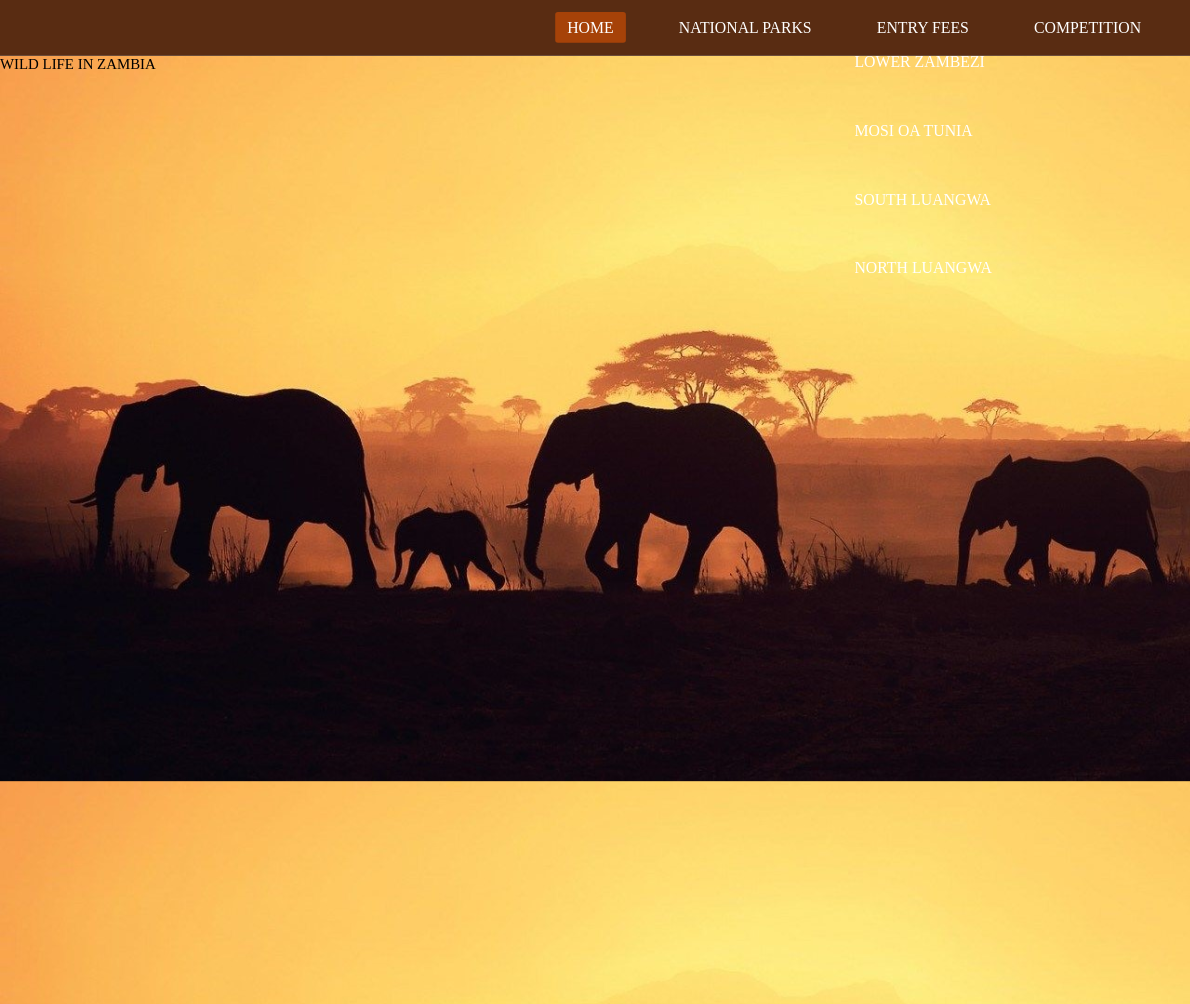
Repository: Lungdjos/web_assignment_3rd_yr
Page: home/index.html
These files come from the project's save history. The page is drawn as it stood at one moment and after a run of saves; the edit follows.
The browser window is 1280 px wide. The pictures show the whole page, at 93% of full size.
Some web libraries are served in a nearby version.

Above is the page before, as saved 2021-06-17 18:01:35.

### home/index.html
<!DOCTYPE html>
<html lang="en">

<head>
    <meta charset="UTF-8">
    <meta http-equiv="X-UA-Compatible" content="IE=edge">
    <meta name="viewport" content="width=device-width, initial-scale=1.0">
    <link rel="stylesheet" href="index.css">


    <title>Home</title>
    <script src="https://kit.fontawesome.com/a076d05399.js"></script>
</head>

<body>
    <nav>
        <input type="checkbox" id="check">
        <label for="check" class="checkbtn">
            <i class="fas fa-bars"></i>
        </label>
        <label class="logo">  </label>

        <ul>
            <li><a class="active" href="#">Home</a></li>
            <li><a href="#">National Parks</a>
                <ul>
                    <li>
                        <a href="/national parks/lower_zambezi/Lower_Zambezi.html">Lower Zambezi</a>
                    </li>
                    <li>
                        <a href="/national parks/mosi-oa-tunia/Mosi-oa-Tunya.html">Mosi oa Tunia</a>
                    </li>
                    <li>
                        <a href="/national parks/south_luangwa/South_Luangwa.html">South Luangwa</a>
                    </li>
                    <li>
                        <a href="/national parks/north_luangwa/North_Luangwa.html">North Luangwa</a>
                    </li>
                </ul>
            </li>
            <li><a href="/entry fee/entry_fee.html">Entry Fees</a></li>
            <li><a href="/competition/competition.html">Competition</a></li>

        </ul>
    </nav>
    <section>
        <p class="welcome">WILD LIFE IN ZAMBIA</p>
    </section>




</body>

</html>

### home/index.css
* {
    padding: 0;
    margin: 0;
    text-decoration: none;
    box-sizing: border-box;
}

body {
    font-family: montserrat;
}

nav {
    background: #592C12;
    height: 60px;
    width: 100%;
}

label.logo {
    color: white;
    font-size: 35;
    line-height: 60px;
    padding: 0 100px;
    font-weight: bold;
}

nav ul {
    float: right;
    margin-right: 20px;
}

nav ul li {
    display: inline-block;
    line-height: 60px;
    margin: 0 20px;
}

nav ul li a {
    color: white;
    font-size: 17px;
    padding: 7px 13px;
    border-radius: 3px;
    text-transform: uppercase;
}

a.active,
a:hover {
    background: #A64208;
    transition: 0.5s;
}

.checkbtn {
    font-size: 30px;
    color: white;
    float: right;
    line-height: 60px;
    margin-right: 40px;
    cursor: pointer;
    display: none;
}

#check {
    display: none;
}

@media (max-width: 1080px) {
    label.logo {
        font-size: 30px;
        padding-left: 50px;
    }
    nav ul li a {
        font-size: 16px;
    }
}

@media (max-width: 1080px) {
    .checkbtn {
        display: block;
    }
    ul {
        position: fixed;
        width: 100%;
        height: 100vh;
        background: #592C12;
        top: 80px;
        left: -100%;
        text-align: center;
        transition: all 0.5s;
    }
    nav ul li {
        display: block;
        margin: 50px 0;
        line-height: 20px;
    }
    nav ul li a {
        font-size: 20px;
        font-family: Arial, Helvetica, sans-serif;
    }
    a:hover,
    a.active {
        background: none;
        color: #F2D1B3;
    }
    #check:checked~ul {
        left: 0;
    }
}

section {
    background: url(/assets/images/elephants.jpg);
    background-size: no repeat;
    height: calc(150vh - 60px);
}


/**New Content Added*/


/*nav ul li ul a {
    display: block;
    padding: 0 15px;
    color: white;
    text-decoration: none;
}*/

nav ul ul {
    position: absolute;
    top: 30px;
    list-style-type: none;
    display: inline-block;
    line-height: 60px;
}

nav ul li a:hover>ul {
    display: block;
}

nav ul ul li a {
    width: 100%;
    float: none;
    display: list-item;
    position: relative;
}

After the next 2 saves:
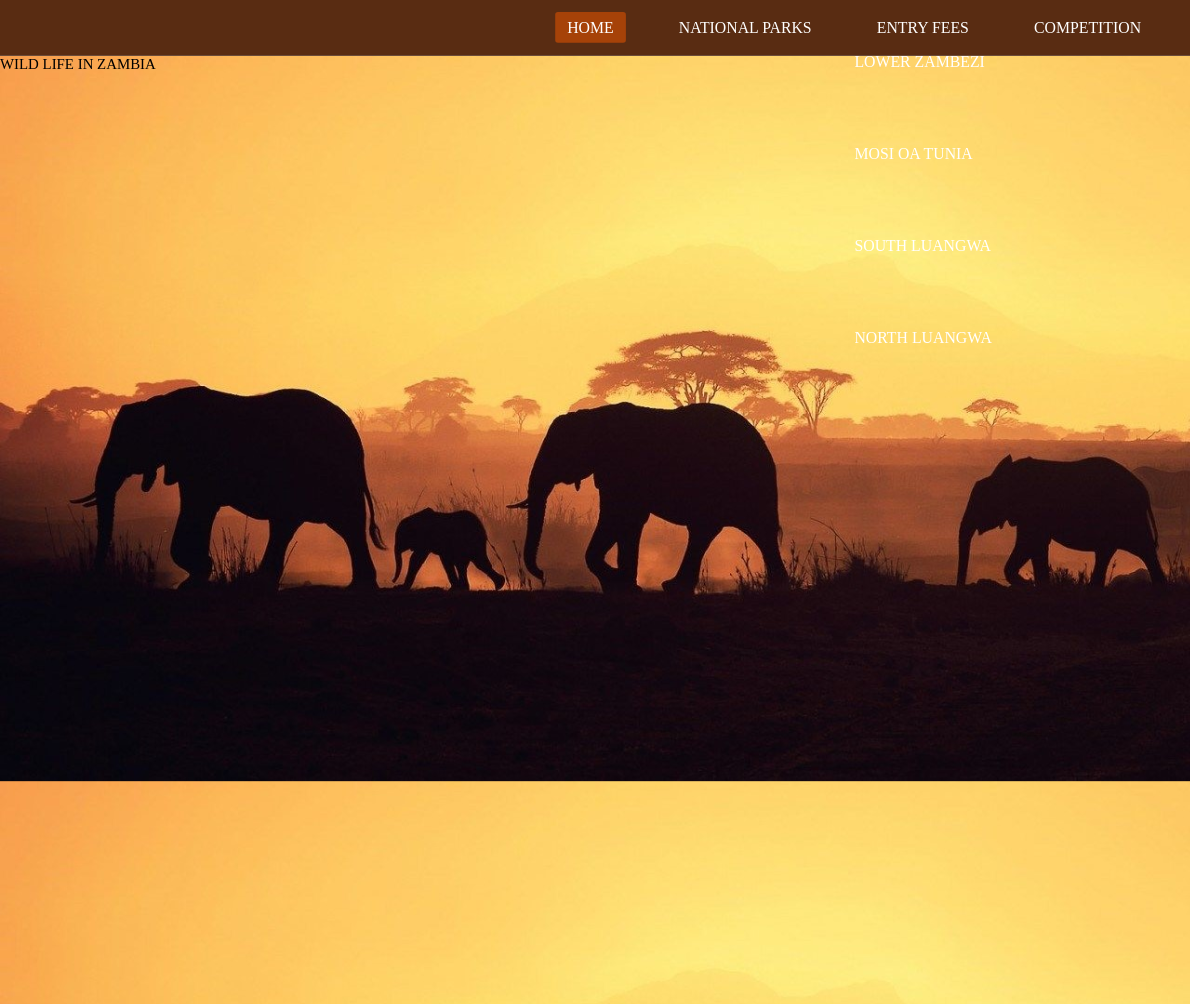
The 2 saves are shown as one change because they came seconds apart.
The last was saved 23 s later.
--- a/home/index.css
+++ b/home/index.css
@@ -136,7 +136,7 @@ nav ul li a:hover>ul {
 
 nav ul ul li a {
     width: 100%;
-    float: none;
+    float: left;
     display: list-item;
     position: relative;
 }
